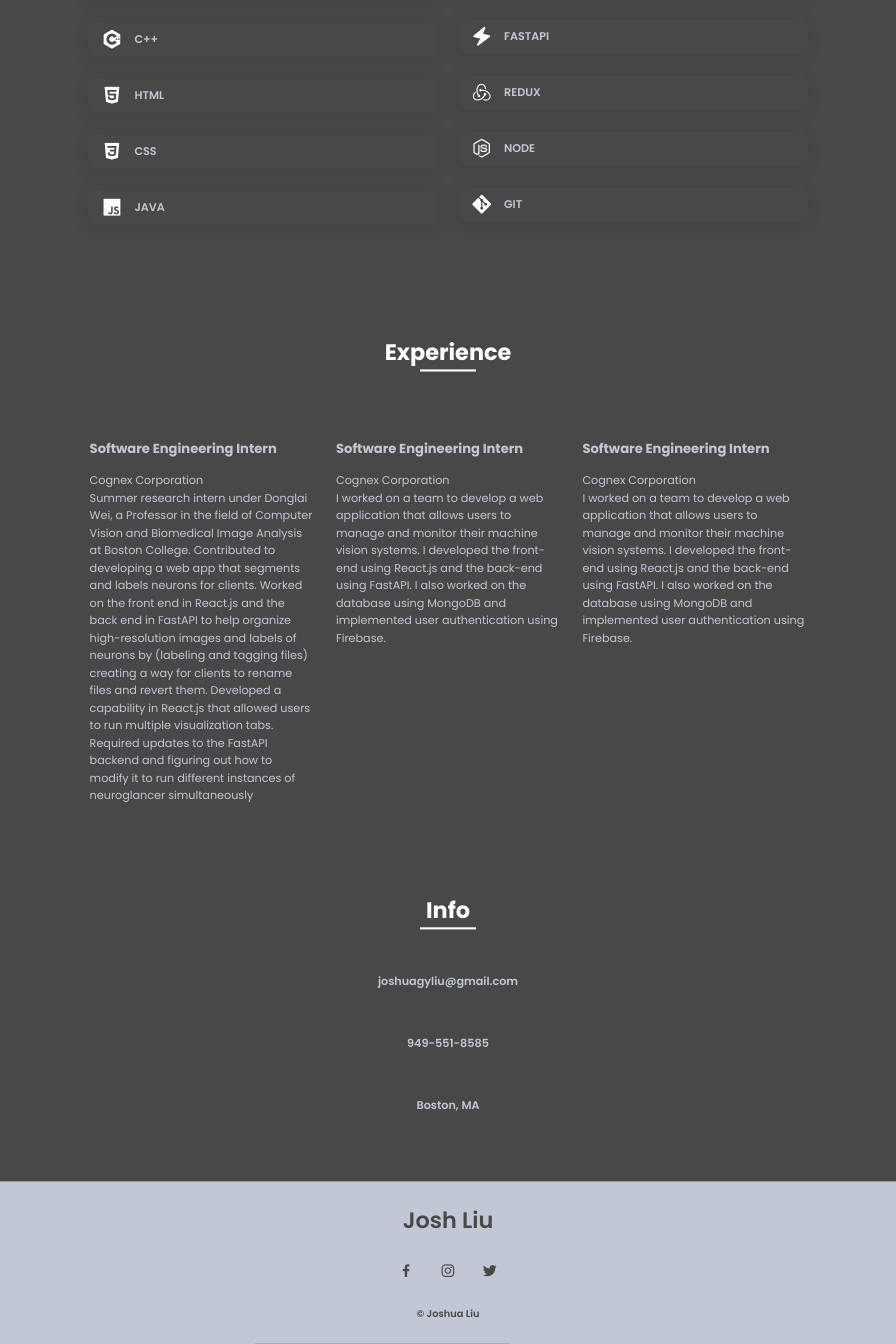
Repository: joshliu14/joshliu14.github.io
Page: index.html
The author's editor kept a copy of each file at every save. The page is drawn from the files as they stood at one save, then again after the next save.
The browser window is 1280 px wide. The pictures show the part of the page from y = 1764 to 3684 px (the page is 3684 px tall before and 3175 px after), at 70% of full size.

Above is the page before, as saved 2024-02-01 00:38:40.

### index.html
<!DOCTYPE html>
<html lang="en">
  <head>
    <meta charset="UTF-8" />
    <meta name="viewport" content="width=device-width, initial-scale=1.0" />

    <link rel="stylesheet" href="assets/css/web.css" />

    <!-- =====BOX ICONS===== -->
    <link
      href="https://unpkg.com/boxicons@2.1.4/css/boxicons.min.css"
      rel="stylesheet"
    />

    <title>Joshua Liu</title>
  </head>
  <body>
    <!--===== HEADER =====-->
    <header class="l-header">
      <nav class="nav bd-grid">
        <div>
          <a href="#" class="nav__logo">Joshua Liu</a>
        </div>

        <div class="nav__menu" id="nav-menu">
          <ul class="nav__list">
            <li class="nav__item">
              <a href="#home" class="nav__link active-link">Home</a>
            </li>
            <li class="nav__item">
              <a href="#about" class="nav__link">About</a>
            </li>
            <li class="nav__item">
              <a href="#skills" class="nav__link">Skills</a>
            </li>
            <li class="nav__item">
              <a href="#work" class="nav__link">Experience</a>
            </li>
            <li class="nav__item">
              <a href="#contact" class="nav__link">Info</a>
            </li>
          </ul>
        </div>

        <div class="nav__toggle" id="nav-toggle">
          <i class="bx bx-menu"></i>
        </div>
      </nav>
    </header>

    <main class="l-main">
      <!--===== HOME =====-->
      <section class="home bd-grid" id="home">
        <div class="home__data">
          <h1 class="home__title">
            Hi,<br />I'm <span class="home__title-color">Josh</span><br />
          </h1>

          <a href="resume.pdf" class="button">Resume</a>
        </div>

        <div class="home__social">
          <a
            href="https://www.linkedin.com/in/joshua-liu-727847208/"
            class="home__social-icon"
            ><i class="bx bxl-linkedin"></i
          ></a>
          <a href="" class="home__social-icon"
            ><i class="bx bxl-behance"></i
          ></a>
          <a href="https://github.com/joshliu14" class="home__social-icon"
            ><i class="bx bxl-github"></i
          ></a>
        </div>

        <div class="home__img">
          <svg
            class="home__blob"
            viewBox="0 0 479 467"
            xmlns="http://www.w3.org/2000/svg"
            xmlns:xlink="http://www.w3.org/1999/xlink"
          >
            <mask id="mask0" mask-type="alpha">
              <path
                d="M9.19024 145.964C34.0253 76.5814 114.865 54.7299 184.111 29.4823C245.804 6.98884 311.86 -14.9503 370.735 14.143C431.207 44.026 467.948 107.508 477.191 174.311C485.897 237.229 454.931 294.377 416.506 344.954C373.74 401.245 326.068 462.801 255.442 466.189C179.416 469.835 111.552 422.137 65.1576 361.805C17.4835 299.81 -17.1617 219.583 9.19024 145.964Z"
              />
            </mask>
            <g mask="url(#mask0)">
              <path
                d="M9.19024 145.964C34.0253 76.5814 114.865 54.7299 184.111 29.4823C245.804 6.98884 311.86 -14.9503 370.735 14.143C431.207 44.026 467.948 107.508 477.191 174.311C485.897 237.229 454.931 294.377 416.506 344.954C373.74 401.245 326.068 462.801 255.442 466.189C179.416 469.835 111.552 422.137 65.1576 361.805C17.4835 299.81 -17.1617 219.583 9.19024 145.964Z"
              />
              <image
                class="home__blob-img"
                x="30"
                y="65"
                href="assets/img/profile.png"
              />
            </g>
          </svg>
        </div>
      </section>

      <!--===== ABOUT =====-->
      <section class="about section" id="about">
        <h2 class="section-title">About</h2>

        <div class="about__container bd-grid">
          <div class="about__img">
            <img src="assets/img/about.png" alt="" />
          </div>

          <div>
            <h2 class="about__subtitle">I'm Josh</h2>
            <p class="about__text">
              I am currently a sophomore at Brandeis University pursuing a
              degree in Computer Science and Applied Mathematics. I am eager to
              contribute my programming skills to real-world scenarios, and I am
              actively seeking software engineering internship opportunities. My
              goal is to enhance my knowledge, apply theoretical concepts in
              practical settings, and contribute meaningfully to innovative
              projects.
            </p>
          </div>
        </div>
      </section>

      <!--===== SKILLS =====-->
      <section class="skills section" id="skills">
        <h2 class="section-title">Skills</h2>

        <div class="skills__container bd-grid">
          <div>
            <h2 class="skills__subtitle">Programming/Framework/Software Skills</h2>
            <p class="skills__text">
                I have experience with the following programming languages and
                frameworks. I am also familiar with software such as Git and
                Firebase. I am always eager to learn new technologies, languages,
                and frameworks to expand my skillset.
            </p>
            <div class="skills__data">
              <div class="skills__names">
                <i class="bx bxl-java skills__icon"></i>
                <span class="skills__name">JAVA</span>
              </div>
            </div>
            <div class="skills__data">
              <div class="skills__names">
                <i class="bx bxl-javascript skills__icon"></i>
                <span class="skills__name">JAVASCRIPT</span>
              </div>
            </div>
            <div class="skills__data">
              <div class="skills__names">
                <i class="bx bxl-python skills__icon"></i>
                <span class="skills__name">PYTHON</span>
              </div>
            </div>
            <div class="skills__data">
              <div class="skills__names">
                <i class="bx bxl-c-plus-plus skills__icon"></i>
                <span class="skills__name">C++</span>
              </div>
            </div>
            <div class="skills__data">
              <div class="skills__names">
                <i class="bx bxl-html5 skills__icon"></i>
                <span class="skills__name">HTML</span>
              </div>
            </div>
            <div class="skills__data">
              <div class="skills__names">
                <i class="bx bxl-css3 skills__icon"></i>
                <span class="skills__name">CSS</span>
              </div>
            </div>
            <div class="skills__data">
              <div class="skills__names">
                <i class="bx bxl-javascript skills__icon"></i>
                <span class="skills__name">JAVA</span>
              </div>
            </div>
          </div>
          <div class="skills__column2">
            <div class="skills__data">
              <div class="skills__names">
                <i class="bx bxl-react skills__icon"></i>
                <span class="skills__name">REACT.JS</span>
              </div>
            </div>
            <div class="skills__data">
              <div class="skills__names">
                <i class="bx bxl-firebase skills__icon"></i>
                <span class="skills__name">FIREBASE</span>
              </div>
            </div>
            <div class="skills__data">
              <div class="skills__names">
                <i class="bx bxl-mongodb skills__icon"></i>
                <span class="skills__name">MONGODB</span>
              </div>
            </div>
            <div class="skills__data">
              <div class="skills__names">
                <i class="bx bxs-zap skills__icon"></i>
                <span class="skills__name">FASTAPI</span>
              </div>
            </div>
            <div class="skills__data">
              <div class="skills__names">
                <i class="bx bxl-redux skills__icon"></i>
                <span class="skills__name">REDUX</span>
              </div>
            </div>
            <div class="skills__data">
              <div class="skills__names">
                <i class="bx bxl-nodejs skills__icon"></i>
                <span class="skills__name">NODE</span>
              </div>
            </div>
            <div class="skills__data">
              <div class="skills__names">
                <i class="bx bxl-git skills__icon"></i>
                <span class="skills__name">GIT</span>
              </div>
            </div>
          </div>
      </section>

      <!--===== Experience =====-->
      <section class="work section" id="work">
        <h2 class="section-title">Experience</h2>

        <div class="work__container bd-grid">
                <div>
                <h3 class="work__title">Software Engineering Intern</h3>
                <span class="work__subtitle">Cognex Corporation</span>
                <p class="work__description">
                    Summer research intern under Donglai Wei, a Professor in the field of Computer Vision and Biomedical Image Analysis at Boston College. Contributed to developing a web app that segments and labels neurons for clients. Worked on the front end in React.js and the back end in FastAPI to help organize high-resolution images and labels of neurons by (labeling and tagging files) creating a way for clients to rename files and revert them. Developed a capability in React.js that allowed users to run multiple visualization tabs. Required updates to the FastAPI backend and figuring out how to modify it to run different instances of neuroglancer simultaneously
                </p>
                </div>
                <div>
                <h3 class="work__title">Software Engineering Intern</h3>
                <span class="work__subtitle">Cognex Corporation</span>
                <p class="work__description">
                    I worked on a team to develop a web application that allows
                    users to manage and monitor their machine vision systems. I
                    developed the front-end using React.js and the back-end using
                    FastAPI. I also worked on the database using MongoDB and
                    implemented user authentication using Firebase.
                </p>
                </div>
                <div>
                <h3 class="work__title">Software Engineering Intern</h3>
                <span class="work__subtitle">Cognex Corporation</span>
                <p class="work__description">
                    I worked on a team to develop a web application that allows
                    users to manage and monitor their machine vision systems. I
                    developed the front-end using React.js and the back-end using
                    FastAPI. I also worked on the database using MongoDB and
                    implemented user authentication using Firebase.
                </p>
                </div>
            </div>
        </div>
      </section>

      <!--===== CONTACT =====-->
      <section class="contact section" id="contact">
        <h2 class="section-title">Info</h2>
        <p class="contact__input">joshuagyliu@gmail.com</p>
        <p class="contact__input">949-551-8585</p>
        <p class="contact__input">Boston, MA</p>
      </section>
    </main>

    <!--===== FOOTER =====-->
    <footer class="footer">
      <p class="footer__title">Josh Liu</p>
      <div class="footer__social">
        <a href="https://www.facebook.com/josh.liu.9847" class="footer__icon"
          ><i class="bx bxl-facebook"></i
        ></a>
        <a href="https://www.instagram.com/joshliu_" class="footer__icon"
          ><i class="bx bxl-instagram"></i
        ></a>
        <a href="https://twitter.com/jahliu" class="footer__icon"
          ><i class="bx bxl-twitter"></i
        ></a>
      </div>
      <p class="footer__copy">&#169; Joshua Liu</p>
    </footer>

    <!--===== SCROLL REVEAL =====-->
    <script src="https://unpkg.com/scrollreveal"></script>

    <!--===== MAIN JS =====-->
    <script src="assets/js/main.js"></script>
  </body>
</html>

Loaded but not shown: assets/js/main.js (61 lines, source omitted); assets/css/web.css (476 lines, source omitted)

After the next save:
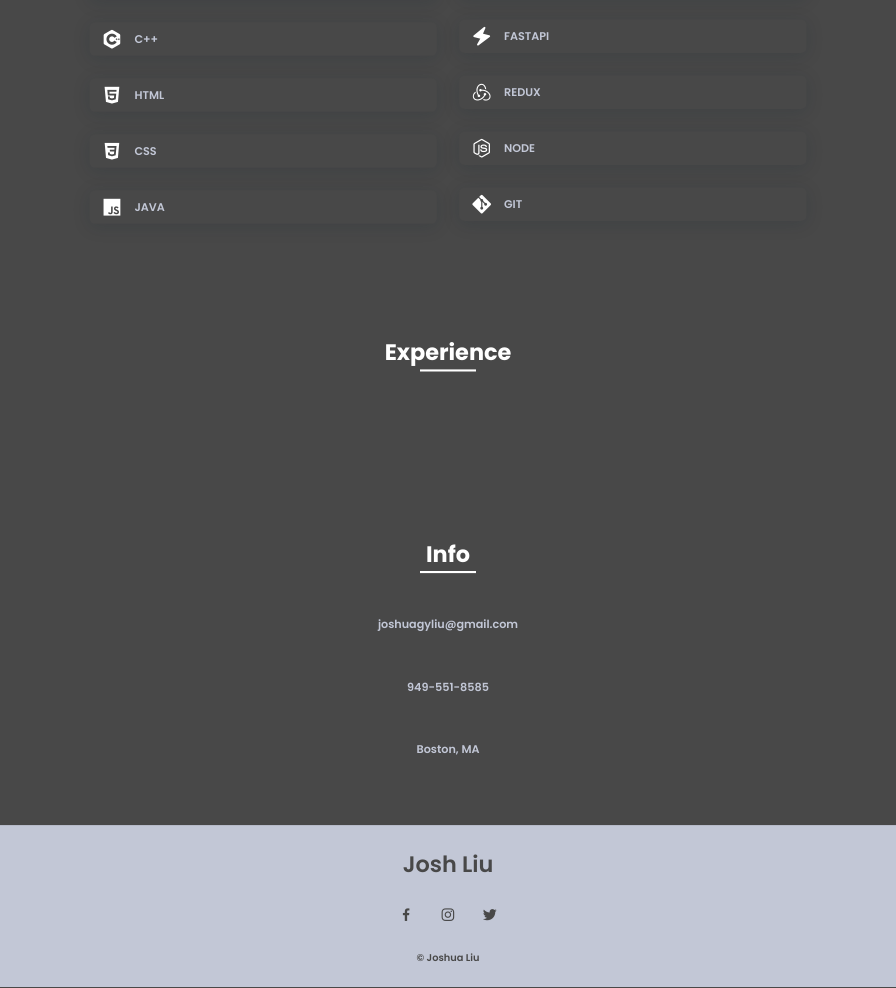
Not found: assets/img/work1.jpg
Not found: assets/img/work2.jpg
Not found: assets/img/work3.jpg
Saved 55 s later.
--- a/index.html
+++ b/index.html
@@ -231,36 +231,24 @@
         <h2 class="section-title">Experience</h2>
 
         <div class="work__container bd-grid">
-                <div>
-                <h3 class="work__title">Software Engineering Intern</h3>
-                <span class="work__subtitle">Cognex Corporation</span>
-                <p class="work__description">
-                    Summer research intern under Donglai Wei, a Professor in the field of Computer Vision and Biomedical Image Analysis at Boston College. Contributed to developing a web app that segments and labels neurons for clients. Worked on the front end in React.js and the back end in FastAPI to help organize high-resolution images and labels of neurons by (labeling and tagging files) creating a way for clients to rename files and revert them. Developed a capability in React.js that allowed users to run multiple visualization tabs. Required updates to the FastAPI backend and figuring out how to modify it to run different instances of neuroglancer simultaneously
-                </p>
-                </div>
-                <div>
-                <h3 class="work__title">Software Engineering Intern</h3>
-                <span class="work__subtitle">Cognex Corporation</span>
-                <p class="work__description">
-                    I worked on a team to develop a web application that allows
-                    users to manage and monitor their machine vision systems. I
-                    developed the front-end using React.js and the back-end using
-                    FastAPI. I also worked on the database using MongoDB and
-                    implemented user authentication using Firebase.
-                </p>
-                </div>
-                <div>
-                <h3 class="work__title">Software Engineering Intern</h3>
-                <span class="work__subtitle">Cognex Corporation</span>
-                <p class="work__description">
-                    I worked on a team to develop a web application that allows
-                    users to manage and monitor their machine vision systems. I
-                    developed the front-end using React.js and the back-end using
-                    FastAPI. I also worked on the database using MongoDB and
-                    implemented user authentication using Firebase.
-                </p>
-                </div>
-            </div>
+          <a href="" class="work__img">
+            <img src="assets/img/work1.jpg" alt="" />
+          </a>
+          <a href="" class="work__img">
+            <img src="assets/img/work2.jpg" alt="" />
+          </a>
+          <a href="" class="work__img">
+            <img src="assets/img/work3.jpg" alt="" />
+          </a>
+          <a href="" class="work__img">
+            <img src="assets/img/work4.jpg" alt="" />
+          </a>
+          <a href="" class="work__img">
+            <img src="assets/img/work5.jpg" alt="" />
+          </a>
+          <a href="" class="work__img">
+            <img src="assets/img/work6.jpg" alt="" />
+          </a>
         </div>
       </section>
 

After the save that followed:
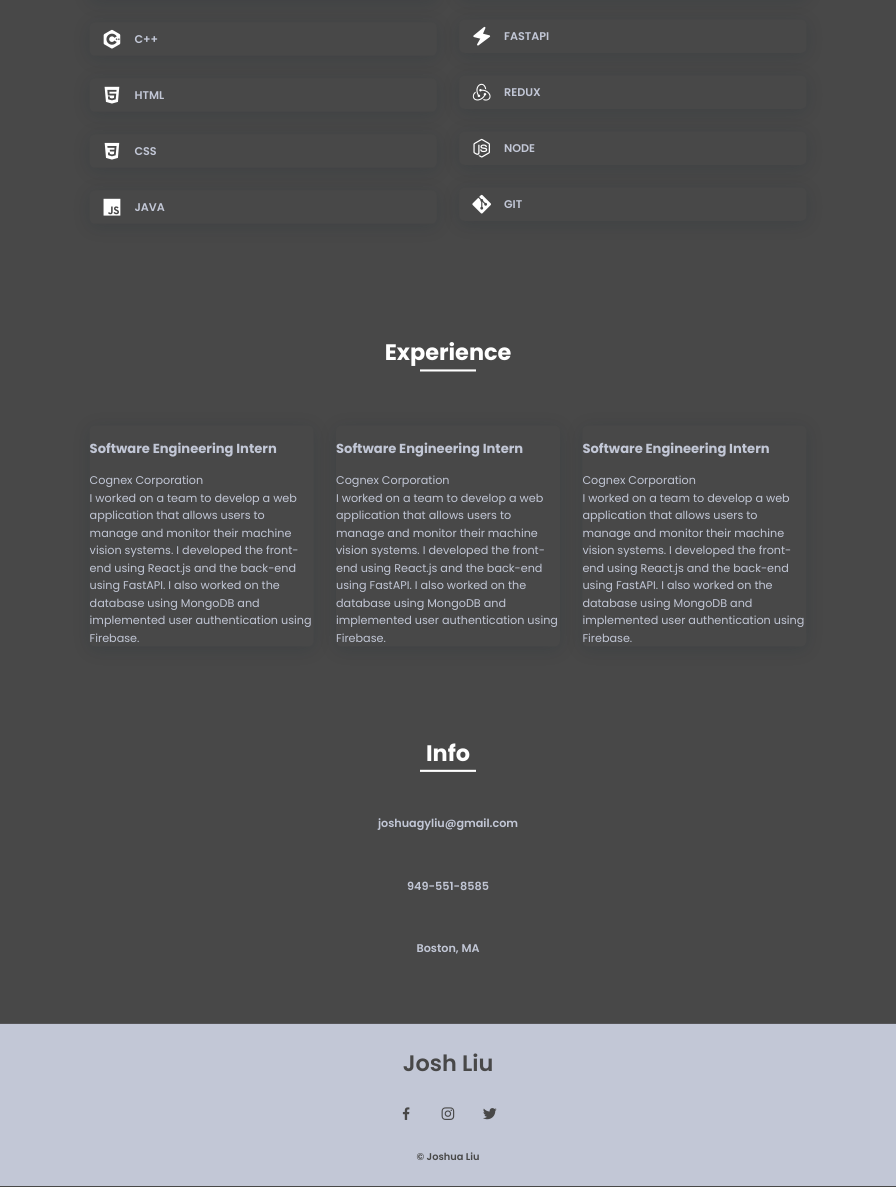
Saved 115 s later.
--- a/index.html
+++ b/index.html
@@ -231,24 +231,39 @@
         <h2 class="section-title">Experience</h2>
 
         <div class="work__container bd-grid">
-          <a href="" class="work__img">
-            <img src="assets/img/work1.jpg" alt="" />
-          </a>
-          <a href="" class="work__img">
-            <img src="assets/img/work2.jpg" alt="" />
-          </a>
-          <a href="" class="work__img">
-            <img src="assets/img/work3.jpg" alt="" />
-          </a>
-          <a href="" class="work__img">
-            <img src="assets/img/work4.jpg" alt="" />
-          </a>
-          <a href="" class="work__img">
-            <img src="assets/img/work5.jpg" alt="" />
-          </a>
-          <a href="" class="work__img">
-            <img src="assets/img/work6.jpg" alt="" />
-          </a>
+                <div class="work__img">
+                <h3 class="work__title">Software Engineering Intern</h3>
+                <span class="work__subtitle">Cognex Corporation</span>
+                <p class="work__description">
+                    I worked on a team to develop a web application that allows
+                    users to manage and monitor their machine vision systems. I
+                    developed the front-end using React.js and the back-end using
+                    FastAPI. I also worked on the database using MongoDB and
+                    implemented user authentication using Firebase.
+                </p>
+                </div>
+                <div class="work__img">
+                <h3 class="work__title">Software Engineering Intern</h3>
+                <span class="work__subtitle">Cognex Corporation</span>
+                <p class="work__description">
+                    I worked on a team to develop a web application that allows
+                    users to manage and monitor their machine vision systems. I
+                    developed the front-end using React.js and the back-end using
+                    FastAPI. I also worked on the database using MongoDB and
+                    implemented user authentication using Firebase.
+                </p>
+                </div>
+                <div class="work__img">
+                <h3 class="work__title">Software Engineering Intern</h3>
+                <span class="work__subtitle">Cognex Corporation</span>
+                <p class="work__description">
+                    I worked on a team to develop a web application that allows
+                    users to manage and monitor their machine vision systems. I
+                    developed the front-end using React.js and the back-end using
+                    FastAPI. I also worked on the database using MongoDB and
+                    implemented user authentication using Firebase.
+                </p>
+                </div>
         </div>
       </section>
 
